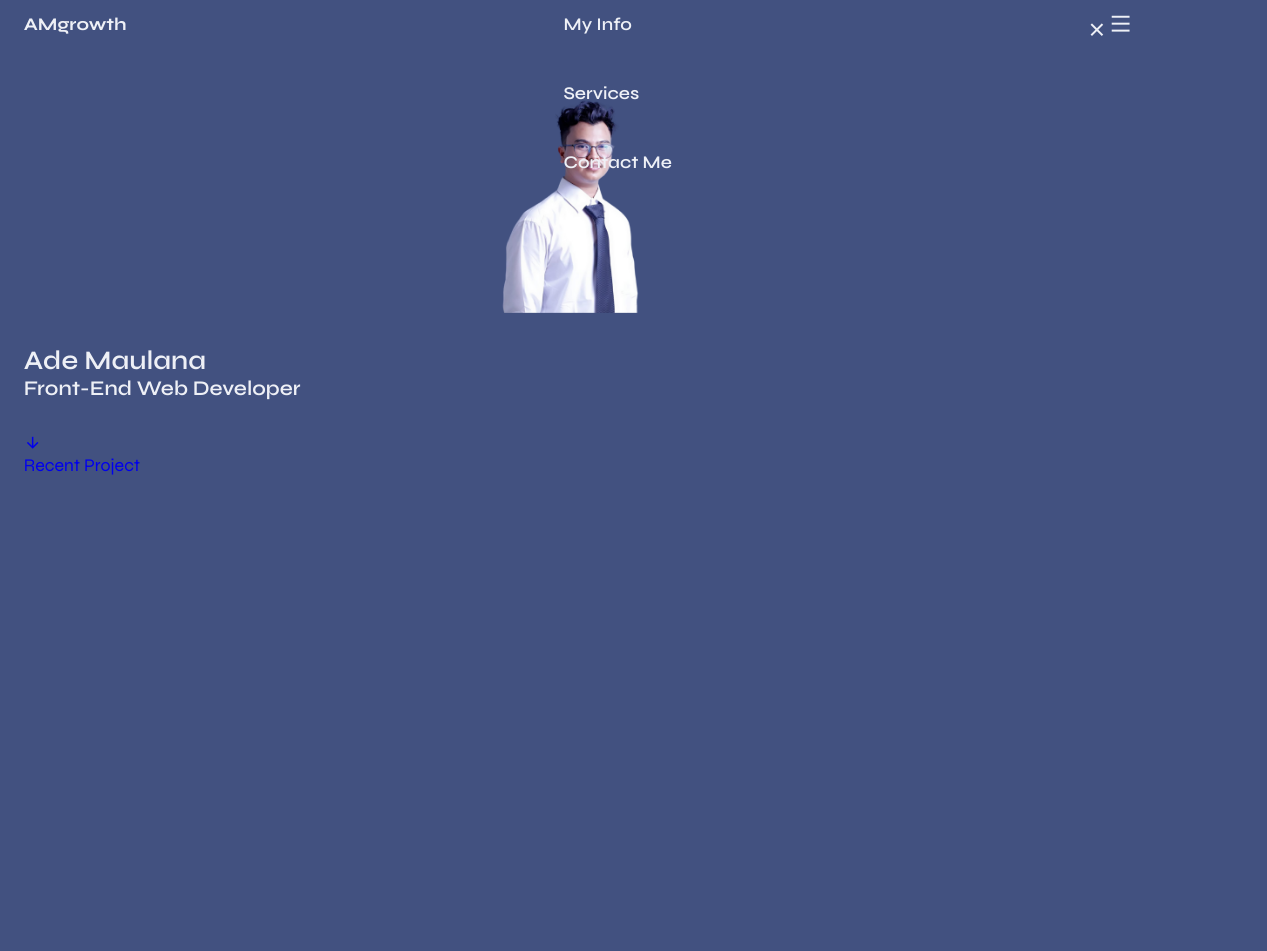
Repository: Ademaulana100499/portofolio
Page: index.html
These files come from the project's save history. The page is drawn as it stood at one moment and after the next save; the edit follows.
The browser window is 1280 px wide. The pictures show the whole page, at 99% of full size.
Some web fonts or font styles are not loaded; a fallback is used.

Above is the page before, as saved 2024-11-28 16:57:50.

### index.html
<!DOCTYPE html>
<html lang="en">
  <head>
    <meta charset="UTF-8" />
    <meta name="viewport" content="width=device-width, initial-scale=1.0" />
    <title>AMgrowth</title>
    <link rel="shortcut icon" href="assets/img/Favicon.png" />
    <link
      href="https://cdn.jsdelivr.net/npm/remixicon/fonts/remixicon.css"
      rel="stylesheet"
    />
    <link rel="stylesheet" href="assets/css/style.css" />
  </head>
  <body>
    <!-- HEADER -->
    <header class="header" id="header">
      <nav class="nav container">
        <a href="#" class="nav__logo">AMgrowth</a>
        <div class="nav__menu" id="nav-menu">
          <ul class="nav__list">
            <li>
              <a href="#home" class="nav__link">Home</a>
            </li>
            <li>
              <a href="#project" class="nav__link">Project</a>
            </li>
            <li>
              <a href="#info" class="nav__link">My Info</a>
            </li>
            <li>
              <a href="#services" class="nav__link">Services</a>
            </li>
            <li>
              <a href="#contact" class="nav__link">Contact Me</a>
            </li>
          </ul>
          <!-- Close Button -->
          <div class="nav__close" id="nav-close">
            <i class="ri-close-line"></i>
          </div>
        </div>

        <!-- Toggle Button -->
        <div class="nav__toggle" id="nav-toggle">
          <i class="ri-menu-line"></i>
        </div>
      </nav>
    </header>

    <!-- MAIN -->
    <main class="main" id="main">
      <!-- HOME -->
      <section class="home section" id="home">
        <div class="home__container container grid">
          <img src="assets/img/Photo.png" alt="image" class="home__img" />
          <div class="home__data">
            <h1>Ade Maulana</h1>
            <h3>Front-End Web Developer</h3>
          </div>
          <a href="#project" class="home__scroll">
            <div class="home__scroll-box">
              <i class="ri-arrow-down-line"></i>
            </div>
            <span class="home__scroll-text">Recent Project</span>
          </a>
        </div>
      </section>
      <!-- PROJECT -->
      <section class="project section" id="project"></section>
      <!-- INFO -->
      <section class="info section" id="info"></section>
      <!-- SERVICES -->
      <section class="services section" id="services"></section>
      <!-- CONTACT -->
      <section class="contact section" id="contact"></section>
    </main>

    <!-- FOOTER -->
    <footer class="footer" id="footer"></footer>
    <!-- SCROLL UP -->
    <!-- SCROLLREVEAL -->
    <script src=""></script>
    <!-- EMAIL JS -->
    <script src=""></script>
    <!-- MAIN JS -->
    <script src="assets/js/main.js"></script>
  </body>
</html>

### assets/css/style.css
@import url("https://fonts.googleapis.com/css2?family=Kite+One&family=Oooh+Baby&family=Orelega+One&family=Poppins:ital,wght@0,100;0,200;0,300;0,400;0,500;0,600;0,700;0,800;0,900;1,100;1,200;1,300;1,400;1,500;1,600;1,700;1,800;1,900&family=Syne:wght@400..800&display=swap");

/* VARIABLE CSS */
:root {
  --header-height: 3rem;

  /* Colors */
  --hue: 230;
  --first-color: hsl(var(--hue), 55%, 55%);
  --first-color-light: hsl(var(--hue), 55%, 65%);
  --first-color-alt: hsl(var(--hue), 50%, 50%);
  --title-color: hsl(var(--hue), 30%, 95%);
  --text-color: hsl(var(--hue), 20%, 80%);
  --text-color-light: hsl(var(--hue), 20%, 70%);
  --body-color: hsl(225, 32%, 38%);
  --container-color: hsl(var(--hue), 40%, 20%);

  /* Font and typography */
  --body-font: "Syne", sans-serif;
  --biggest-font-size: 3rem;
  --h1-font-size: 1.5rem;
  --h2-font-size: 1.25rem;
  --h3-font-size: 1rem;
  --normal-font-size: 0.938rem;
  --small-font-size: 0.813rem;

  /* Font weight */
  --font-regular: 400;
  --font-semi-bold: 600;
  --font-bold: 700;

  /* z index */
  --z-tooltip: 10;
  --z-fixed: 100;
}
/* Responsive typography */
@media screen and (min-width: 1150px) {
  :root {
    --biggest-font-size: 5.5rem;
    --big-font-size: 2.75rem;
    --h1-font-size: 2.25rem;
    --h2-font-size: 1.5rem;
    --h3-font-size: 1.25rem;
    --normal-font-size: 1.125rem;
    --small-font-size: 0.875rem;
  }
}

/* BASE */
* {
  margin: 0;
  padding: 0;
  box-sizing: border-box;
}

html {
  scroll-behavior: smooth;
}

body,
input,
textarea,
button {
  font-family: var(--body-font);
  font-size: var(--normal-font-size);
}

body {
  background-color: var(--body-color);
  color: var(--text-color);
}
input,
button,
textarea {
  outline: none;
  border: none;
}

h1,
h2,
h3 {
  color: var(--title-color);
  font-weight: var(--font-semi-bold);
}
p {
  line-height: 130%;
}

ul {
  list-style: none;
}

a {
  text-decoration: none;
}

img {
  display: block;
  max-width: 100%;
  height: auto;
}

/* REUSABLE CSS CLASSES */
.container {
  max-width: 1120px;
  margin-inline: 1.5rem;
}

.grid {
  display: grid;
  gap: 1.5rem;
}

.section {
  padding-block: 5rem 2rem;
}

.section__title {
  font-size: var(--h1-font-size);
  text-align: center;
  margin-bottom: 2rem;
  font-weight: var(--font-bold);
}
main {
  overflow: hidden;
}

/* HEADER & NAV */
.header {
  position: fixed;
  width: 100%;
  top: 0;
  left: 0;
  background-color: transparent;
  z-index: var(--z-fixed);
}
.nav {
  position: relative;
  height: var(--header-height);
  display: flex;
  justify-content: space-between;
  align-items: center;
}

.nav__logo {
  color: var(--title-color);
  font-weight: var(--font-bold);
}
.nav__toggle,
.nav__close {
  font-size: 1.5rem;
  cursor: pointer;
  color: var(--title-color);
}
/* Navigation for mobile */
@media screen and (max-width: 1150px) {
  .nav__menu {
    position: fixed;
    top: 0;
    right: -100%;
    background-color: hsla(var(--hue), 70%, 4%, 0.2);
    backdrop-filter: blur(16px);
    -webkit-backdrop-filter: blur(16px);
    width: 80%;
    height: 100%;
    padding: 7rem 3rem;
    transition: right 0.4s;
  }
}
.nav__list {
  display: flex;
  flex-direction: column;
  row-gap: 3rem;
}
.nav__link {
  position: relative;
  color: var(--title-color);
  font-weight: var(--font-semi-bold);
  transition: color 0.4s;
}
.nav__link::after {
  content: "";
  width: 0;
  height: 2px;
  background-color: var(--first-color-light);
  position: absolute;
  left: 0;
  bottom: -0.5rem;
  transition: width 0.3s;
}
.nav__link:hover {
  color: var(--first-color-light);
}
.nav__link:hover::after {
  width: 30%;
}
.nav__close {
  position: absolute;
  top: 1rem;
  right: 1.5rem;
}

/* Show Menu */
.show-menu {
  right: 0;
}
/* Add blur to header */
/* Active link */

/* HOME */
.home__container {
  row-gap: 2rem;
  padding-top: 1rem;
}

.home__img {
  width: 220px;
  justify-self: center;
  mask-image: linear-gradient(to bottom, hsla(var(--hue), 40%, 16%) 60%);
}

### assets/js/main.js
const navMenu = document.getElementById("nav-menu"),
  navToggle = document.getElementById("nav-toggle"),
  navClose = document.getElementById("nav-close");

if (navToggle) {
  navToggle.addEventListener("click", () => {
    navMenu.classList.add("show-menu");
  });
}

if (navClose) {
  navClose.addEventListener("click", () => {
    navMenu.classList.remove("show-menu");
  });
}

const navLink = document.querySelectorAll(".nav__link");
const linkAction = () => {
  const navMenu = document.getElementById("nav-menu");
  navMenu.classList.remove("show-menu");
};
navLink.forEach((n) => n.addEventListener("click", linkAction));

After the next save:
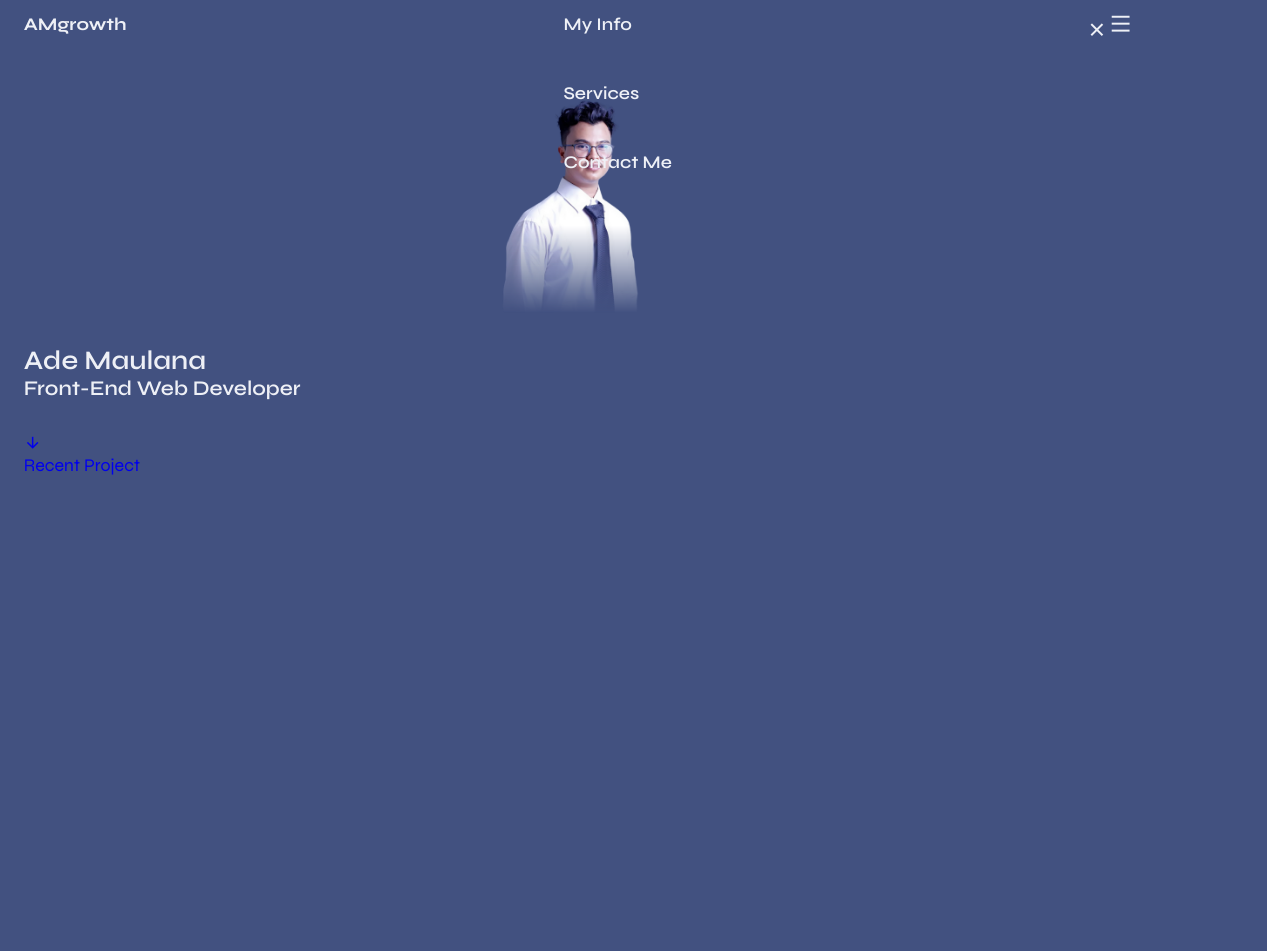
Saved 45 s later.
--- a/assets/css/style.css
+++ b/assets/css/style.css
@@ -216,5 +216,9 @@ main {
 .home__img {
   width: 220px;
   justify-self: center;
-  mask-image: linear-gradient(to bottom, hsla(var(--hue), 40%, 16%) 60%);
-}
+  mask-image: linear-gradient(
+    to bottom,
+    hsla(var(--hue), 40%, 16%) 60%,
+    transparent 100%
+  );
+}
